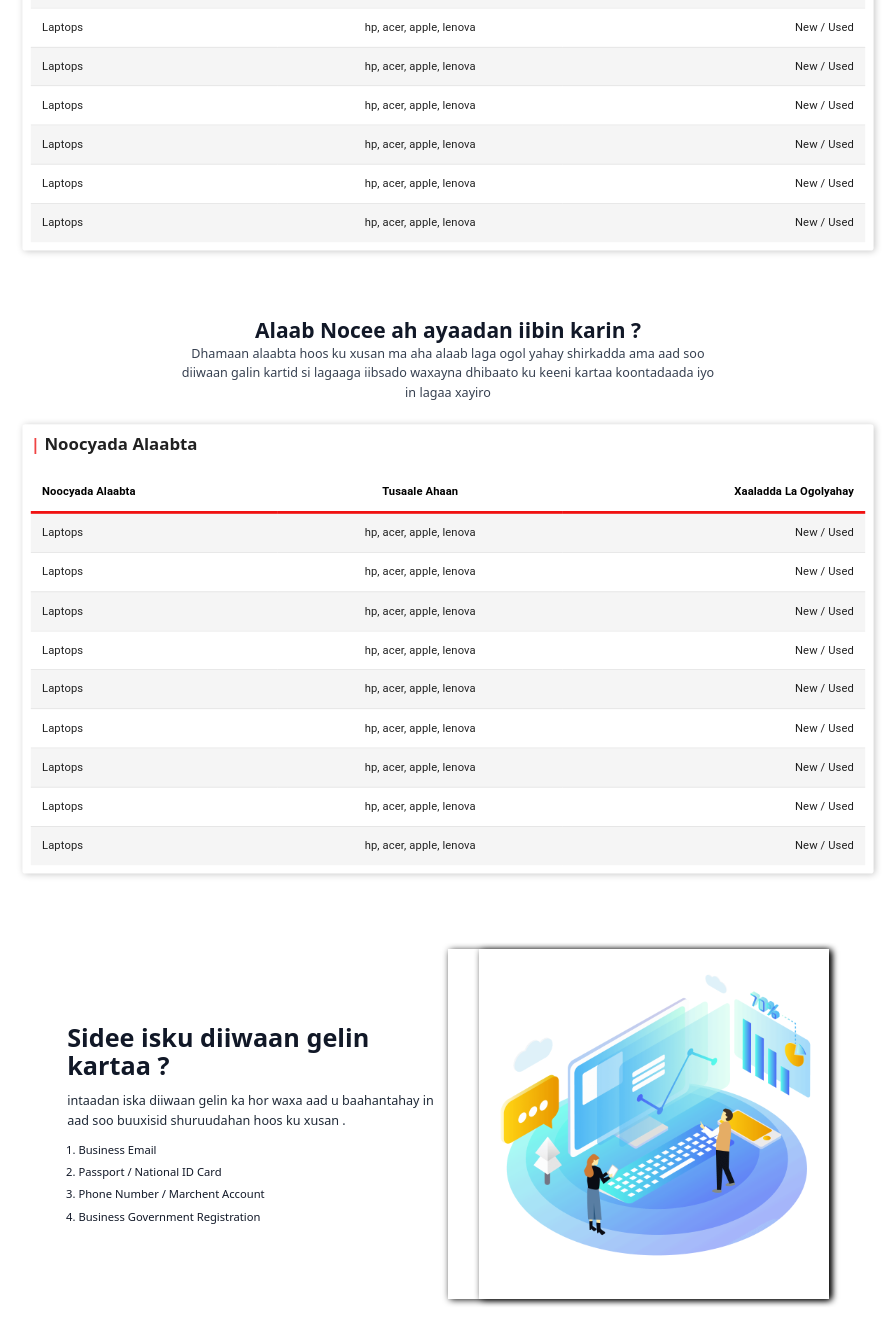
Repository: muraadso/Muraadso-Sellers
Page: /
These files come from the project's save history. The page is drawn as it stood at one moment and after the next save; the edit follows.
The browser window is 1280 px wide. The pictures show the part of the page from y = 2720 to 4640 px (the page is 4640 px tall), at 70% of full size.
The project was rebuilt for these pictures with package versions that can differ from the ones it lists, and the page was loaded fresh each time. The framework's server and built-in components were replaced by stand-ins that run in the browser. Also part of the build but not shown: next.config.js.

Above is the page before, as saved 2021-12-08 08:48:03.

### pages/_app.js
import '../styles/globals.css'
 import 'tailwindcss/tailwind.css'
import { Layout } from '../components/Layout'


function MyApp({ Component, pageProps }) {
  return (
    <Layout>
      <Component {...pageProps} />
    </Layout>
  )
}

export default MyApp

### pages/index.js
import Head from 'next/head'
import Image from 'next/image'
import Hero from '../components/Hero'
import About from '../components/About'
import Howtoreg from '../components/Howtoreg'
import Whatsell from '../components/Whatsell'
import styles from '../styles/Home.module.css'
import { How } from '../components/How'
import { style } from '@mui/system'


export default function Home() {
  return (
    <div className={styles.container}>
      <Head>
        <title>Muraadso Sellers</title>
        <meta name="description" content="Generated by create next app" />
        <link rel="icon" href="/favicon.ico" />
      </Head>
      <Hero />
      <About />
      <How />
      <Whatsell />
      <Howtoreg />
    </div>
  )
}

### styles/globals.css
@import url('https://fonts.googleapis.com/css2?family=Lato:ital,wght@0,300;0,400;0,700;0,900;1,700&family=Poppins:wght@200;300;400;500;600;700&display=swap');
html,
body {
  padding: 0;
  margin: 0;
}

a {
  color: inherit;
  text-decoration: none;
}

* {
  box-sizing: border-box;
}


.navbar {
  box-shadow: 2px 1px 7px rgba(0, 0, 0, 0.226);
  font-family: 'Poppins', sans-serif  ;
  font-weight: 500;

}
  .logo{
    font-family: 'Lato', sans-serif;
    font-weight: 700;
    color: rgb(233, 59, 59);
    font-size: 20px ;
  }
  .how-card{
    position: relative;
    box-shadow: 0 2px 10px rgba(0, 0, 0, 0.336) ;
  }
  .regimage{
    height: 500px;
    box-shadow: 3px 1px 10px black;
  }




@media screen and  (max-width: 768px){
  .nav{
    padding-top: 40px;
    display: flex;
    flex-direction: column;

  }

  .how-card{
  margin-bottom: 25px;
}

.tablle{
  margin-bottom: 90px;
}
.tablle2{

}
 TableContainer{
   background-color: red;
   display: hidden;
 }

}




@tailwind base;
@tailwind components;
@tailwind utilities

### components/Layout.js
import Navbar from "./Navbar"
import Footer from "./Footer"

export const Layout = ({children}) => {
    return (
        <div className="layout">
            <Navbar />
                {children}
            <Footer />



        </div>
    )
}

### components/Hero.jsx
const Hero = () => {
    return (
        <div className="md:grid-cols-2 md:grid md:mt-11 hero">
                <div className="md:px-16 md:py-36 py-11 herotxt">
                    <h6 className="px-2 font-medium text-gray-500">ku iibi muraadso</h6>
                    <h1 className="my-5 text-3xl font-bold text-gray-800 capitalize md:font-bold md:text-gray-800 md:capitalize lg:text-6xl">sidee ugu iibin krtaa <br /> alaabtaada <span  className="text-red-600 md:text-red-600">muraadso</span></h1>

                    <p className="text-gray-700 md:text-left">
                         Whether you’ve already got an established e-commerce business , a great idea for a new product, or you just have a passion for selling, here’s how to take that next step with Muraadso </p>
                </div>

                <div className="heroimg">
                    <img className="w-4/4 "  src="/images/heroimage.png" alt="heroimage" />
                </div>
        </div>
    )
}

export default Hero

### components/About.jsx

const About = () => {
    return (
        <div className="mt-32">
            <h1 className="text-3xl font-bold text-center">Ku Iibso Muraadso</h1>
            <div className="gap-0 md:px-16 md:grid-cols-2 md:grid about-content">
                <div className="mt-12 aboutimg">
                  <img src="/images/aboutimage.png" className="md:h-96" alt="about image" />
                </div>
                <div className="md:mt-20 mt-11 about-text">
                    <p className="text-xl text-justify">
                        Muraadso waa hogaanka suuqa casriga ee online waana suuq aad ku iibin kartid alaabtaada, ahaw ganacsade alaabta sameeya, mid soo dajiya, si fudud ayaad ugu iibin kartaa suuqa casriga muraadso, sidoo kale ka mid noqo ganacsiyada shabakada internet ku iibiya alaabaha adiga oon ku kharash badan galin, kana faa’idaysanaya khubarada team ka muraadso helayana tobabaro iyo caawimo sidaad ugu iibin lahayd muraadso dhexdeeda Ku dhex iibta muraadso waa wax fudud sidoo kalena kharash yari kaaga bixi karo ama wax kharash ahi kaa baxayn, kaliya waxa lagaaga bahanyay in aad is diwaan galisid, kuna gurtid alaabta aad haysid online shirkada sidaana aad ku bilawdid iibka alaabtaada....<span className="text-red-600">Read More</span>
                    </p>
                </div>


            </div>
        </div>
    )
}

export default About

### components/Howtoreg.jsx
import React from 'react'

const Howtoreg = () => {
  return (
    <div className="flex flex-col md:flex-row md:p-16 howtoreg">
      <div className="grid items-center justify-between md:grid-cols-2 registerdoc">
        <div className="space-y-4 regcontent">
          <h1 className="text-xl font-bold text-gray-900 md:text-4xl">Sidee isku diiwaan gelin kartaa ?</h1>
          <p className="text-lg text-gray-800 ">intaadan iska diiwaan gelin ka hor waxa aad u baahantahay in aad
            soo buuxisid shuruudahan hoos ku xusan .</p>
            <ol className="ml-4 space-y-2 font-medium text-gray-900 list-decimal">
              <li>Business Email</li>
              <li>Passport / National ID Card</li>
              <li>Phone Number / Marchent Account </li>
              <li>Business Government Registration</li>
            </ol>
        </div>
        <div className="flex items-center justify-end regimage">
          <img className="regimage" src="/images/registrationn.png" alt="" />
        </div>

      </div>


    </div>
  )
}

export default Howtoreg

### components/Whatsell.jsx
import * as React from 'react';
import { styled } from '@mui/material/styles';
import Table from '@mui/material/Table';
import TableBody from '@mui/material/TableBody';
import TableCell, { tableCellClasses } from '@mui/material/TableCell';
import TableContainer from '@mui/material/TableContainer';
import TableHead from '@mui/material/TableHead';
import TableRow from '@mui/material/TableRow';
import Paper from '@mui/material/Paper';

const StyledTableCell = styled(TableCell)(({ theme }) => ({

  [`&.${tableCellClasses.head}`]: {
    backgroundColor: theme.palette.common.white,
    color: theme.palette.common.black,
    borderBottom: '4px solid rgb(240, 17, 17)' ,
    fontSize: '16px',
    fontWeight: '600',

  },
  [`&.${tableCellClasses.body}`]: {
    fontSize: 16,
  },
}));

const StyledTableRow = styled(TableRow)(({ theme }) => ({
  '&:nth-of-type(odd)': {
    backgroundColor: theme.palette.action.hover,


  },
  // hide last border
  '&:last-child td, &:last-child th': {
    border: 0,
  },
}));





function createData(noocaAlaabta, tusaale, xaaladda) {
  return { noocaAlaabta, tusaale, xaaladda };
}

const rows = [
  createData('Laptops', 'hp, acer, apple, lenova ', 'New / Used'),
  createData('Laptops', 'hp, acer, apple, lenova ', 'New / Used'),
  createData('Laptops', 'hp, acer, apple, lenova ', 'New / Used'),
  createData('Laptops', 'hp, acer, apple, lenova ', 'New / Used'),
  createData('Laptops', 'hp, acer, apple, lenova ', 'New / Used'),
  createData('Laptops', 'hp, acer, apple, lenova ', 'New / Used'),
  createData('Laptops', 'hp, acer, apple, lenova ', 'New / Used'),
  createData('Laptops', 'hp, acer, apple, lenova ', 'New / Used'),
  createData('Laptops', 'hp, acer, apple, lenova ', 'New / Used'),

];

export default function Whatsell() {
  return (
      <>
    <div className="flex flex-col items-center md:justify-center tablle ">
                <h1 className="text-xl font-bold text-center text-gray-900 md:text-3xl">Alaab Nocee ah ayaad iibin kartaa ?</h1>
                <p className="max-w-3xl mb-8 text-sm text-center text-gray-700 md:text-lg">Waxay ku xirantahy alaabta noceeda, xaaladda alaabta, Category-ga, iyo Brand-ka .
                table-ka hoos ku xusan waxa uu kutusayaa Categoriyada shirkaddu ay ogoshahay iibintooda
                iyo kuwa aysan ogolayn xaaladaha lagu iibinkaro </p>

            <TableContainer className="mw-screen-lg TableContainer" component={Paper} sx={{ padding: "12px", maxWidth: 1500, boxShadow: '2px 1px 11px rgba(0, 0, 0, 0.226)' }}>
        <h1 className="mb-6 text-2xl font-bold "> <span className="font-black text-red-500 ">|</span> Noocyada Alaabta</h1>
      <Table sx={{ minWidth: 700 }} aria-label="customized table">
        <TableHead>
          <TableRow>
            <StyledTableCell>Noocyada Alaabta</StyledTableCell>
            <StyledTableCell align="center"> Tusaale Ahaan</StyledTableCell>
            <StyledTableCell align="right">Xaaladda La Ogolyahay</StyledTableCell>
          </TableRow>
        </TableHead>
        <TableBody>
          {rows.map((row) => (
            <StyledTableRow key={row.noocaAlaabta} sx={{backgroundColor: 'white'}}>
              <StyledTableCell component="th" scope="row">
                {row.noocaAlaabta}
              </StyledTableCell>
              <StyledTableCell   align="center">{row.tusaale}</StyledTableCell>
              <StyledTableCell align="right">{row.xaaladda}</StyledTableCell>
            </StyledTableRow>
          ))}
        </TableBody>
      </Table>
    </TableContainer>

    </div>

    <div className="flex flex-col items-center justify-center mt-24 tablle2 mb-11">
            <h1 className="text-xl font-bold text-center text-gray-900 md:text-3xl">Alaab Nocee ah ayaadan iibin karin ?</h1>
            <p className="max-w-3xl mb-8 text-sm text-center text-gray-700 md:text-lg">Dhamaan alaabta hoos ku xusan ma aha alaab laga ogol yahay shirkadda
                ama aad soo diiwaan galin kartid si lagaaga iibsado waxayna dhibaato
                ku keeni kartaa koontadaada iyo in lagaa xayiro</p>

            <TableContainer className="" component={Paper} sx={{ padding: "12px", maxWidth: 1400, boxShadow: '2px 1px 11px rgba(0, 0, 0, 0.226)' }}>
                        <h1 className="mb-6 text-2xl font-bold"> <span className="font-black text-red-500 ">|</span> Noocyada Alaabta</h1>
      <Table sx={{ minWidth: 700 }} aria-label="customized table">
        <TableHead className="" >
          <TableRow className="">
            <StyledTableCell>Noocyada Alaabta</StyledTableCell>
            <StyledTableCell align="center"> Tusaale Ahaan</StyledTableCell>
            <StyledTableCell align="right">Xaaladda La Ogolyahay</StyledTableCell>
          </TableRow>
        </TableHead>
        <TableBody>
          {rows.map((row) => (
            <StyledTableRow key={row.noocaAlaabta} sx={{backgroundColor: 'white'}}>
              <StyledTableCell  component="th" scope="row">
                {row.noocaAlaabta}
              </StyledTableCell>
              <StyledTableCell   align="center">{row.tusaale}</StyledTableCell>
              <StyledTableCell align="right">{row.xaaladda}</StyledTableCell>
            </StyledTableRow>
          ))}
        </TableBody>
      </Table>
    </TableContainer>

    </div>

     </>
  );
}

### components/How.jsx
export const How = () => {
    return (
        <div className="flex flex-col items-center justify-center mt-32 mb-24 how md:gap-y-4 gap-y-11">
            <div className="howheader">
            <h2 className="text-4xl font-bold text-center">Sidee u shaqaysaa</h2>
            <p className="mt-2 text-lg text-center text-gray-600">habka uu ushaqeeyo adeegan waa sidatan hoos ku xusan</p>
            </div>
            <div className="h-full md:p-16 md:gap-4 gap-72 md:grid-cols-4 md:grid howsteps">

                <div className="relative max-h-full p-6 bg-white border-4 border-red-400 rounded how-card ">
                    <div className="flex items-center justify-center my-4 card-icon ">
                        <img  src="./icons/register.png" alt="register" />

                    </div>
                    <div className="mb-4 text-xl text-center text-gray-800 cardbody">
                        Macmiil iska diiwaan geli adeega, 24h kadib waxad helaysa fariin ah in lagu aqbalay
                    </div>
                    <div className="absolute flex items-center justify-center w-10 h-10 font-bold text-red-500 bg-white border-2 border-red-500 rounded-full md:left-36 -bottom-5 md:left-40 left-36 place-content-center card-number"> <h2>1</h2></div>
                </div>


                <div className="relative max-h-full p-6 bg-white border-4 border-red-400 rounded how-card ">
                    <div className="flex items-center justify-center my-4 card-icon ">
                        <img className="h-24"  src="./icons/features.png" alt="register" />
                    </div>
                    <div className="mb-4 text-xl text-center text-gray-800 cardbody">
                        Macmiil iska diiwaan geli adeega, 24h kadib waxad helaysa fariin ah in lagu aqbalay
                    </div>
                    <div className="absolute flex items-center justify-center w-10 h-10 font-bold text-red-500 bg-white border-2 border-red-500 rounded-full md:left-36 -bottom-5 md:left-40 left-36 place-content-center card-number"> <h2>2</h2></div>
                </div>




                <div className="relative max-h-full p-6 bg-white border-4 border-red-400 rounded how-card ">
                    <div className="flex items-center justify-center my-4 card-icon ">
                        <img className="h-24"  src="./icons/verified.png" alt="register" />

                    </div>
                    <div className="mb-4 text-xl text-center text-gray-800 cardbody">
                        Macmiil iska diiwaan geli adeega, 24h kadib waxad helaysa fariin ah in lagu aqbalay
                    </div>
                    <div className="absolute flex items-center justify-center w-10 h-10 font-bold text-red-500 bg-white border-2 border-red-500 rounded-full md:left-36 -bottom-5 md:left-40 left-36 place-content-center card-number"> <h2>3</h2></div>
                </div>


                <div className="relative max-h-full p-6 bg-white border-4 border-red-400 rounded how-card ">
                    <div className="flex items-center justify-center my-4 card-icon ">
                        <img className="h-24"  src="./icons/givemoney.png" alt="register" />

                    </div>
                    <div className="mb-4 text-xl text-center text-gray-800 cardbody">
                        Macmiil iska diiwaan geli adeega, 24h kadib waxad helaysa fariin ah in lagu aqbalay
                    </div>
                    <div className="absolute flex items-center justify-center w-10 h-10 font-bold text-red-500 bg-white border-2 border-red-500 rounded-full md:left-36 -bottom-5 md:left-40 left-36 place-content-center card-number"> <h2>4</h2></div>
                </div>

            </div>
            <p className="text-center text-gray-800">Wixii faahfaahin ah waxaad kala xiriiri kartaa lambaradan hoos kuugu xusan</p>
            <a className="font-medium text-red-600" href="#">+252 63 3333471</a>

        </div>
    )
}

### components/Navbar.jsx
import React, { useState } from "react";
import { HiOutlineMenuAlt2, HiOutlineMenuAlt3 } from "react-icons/hi";



export default function Navbar() {
  const [showNav, setShowNav] = useState(false);

  return (
    <nav className="sticky top-0 z-20 items-center justify-between bg-white px-14 md:px-24 md:py-3 navbar md:flex">
      <div className="flex items-center justify-between">
        <a href="#">
          <h2>Muraadso</h2>
        </a>


        {showNav ? (
          <HiOutlineMenuAlt3
            onClick={() => setShowNav(!showNav)}
            className="block w-10 h-10 p-2 cursor-pointer md:hidden" />

        ) : (
          <HiOutlineMenuAlt2
            onClick={() => setShowNav(!showNav)}
            className="block w-10 h-10 p-2 cursor-pointer md:hidden"
          />
        )}
      </div>

      <ul
        className={
          (showNav ? "left-0" : "-left-full") +
          " md:static fixed bottom-0 md:ml-24 top-14 md:flex md:space-x-6 items-center md:bg-transparent bg-gray-700 rounded md:rounded-none md:bg-white bg-opacity-90 md:w-auto w-10/12 md:text-gray-800 text-white  md:space-y-0 space-y-5 p-2 transition-left nav"
        }
      >
        <a href="#"> Home</a>
        <a href="#"> About</a>
        <a href="#"> Doc</a>
        <a href="#"> Contact Us</a>
      <a className="px-4 py-2 text-white bg-red-600 rounded" href="">Signup</a>
      </ul>
    </nav>
  );
}

























// const Navbar = () => {
//     return (
//         <div>
//      <div className="sticky top-0 z-20 items-center justify-between bg-white md:flex navbar">
//          <a className="logo" href="#">Muraadso</a>
//          <nav className="fixed bottom-0 items-center w-10/12 p-2 space-y-5 text-white bg-gray-500 md:static top-12 md:flex md:space-x-7 md:bg-transparent bg-opacity-90 md:w-auto md:text-gray-500 md:space-y-0 transition-left nav">
//              <a className="hover:text-red-600" href="">Home</a>
//              <a className="hover:text-red-600" href="">About</a>
//              <a className="hover:text-red-600" href="">Doc</a>
//              <a className="hover:text-red-600" href="">Contact Us</a>
//          </nav>
//          <a href="#" className="px-4 py-2 text-white bg-red-600 rounded hover:bg-red-700 signup ">Signup</a>
//      </div>

//         </div>
//     )
// }

// export default Navbar

### components/Footer.jsx
const Footer = () => {
    return (
        <div>
        </div>
    )
}

export default Footer

### tailwind.config.js
module.exports = {
   purge: ['./pages/**/*.{js,ts,jsx,tsx}', './components/**/*.{js,ts,jsx,tsx}'],
  darkMode: false, // or 'media' or 'class'
  theme: {
    extend: {
      transitionProperty: {
         'left': 'left',
        }
    },

  },
  variants: {
    extend: {},
  },
  plugins: [],
}

Loaded but not shown: styles/Home.module.css (common file)

After the next save:
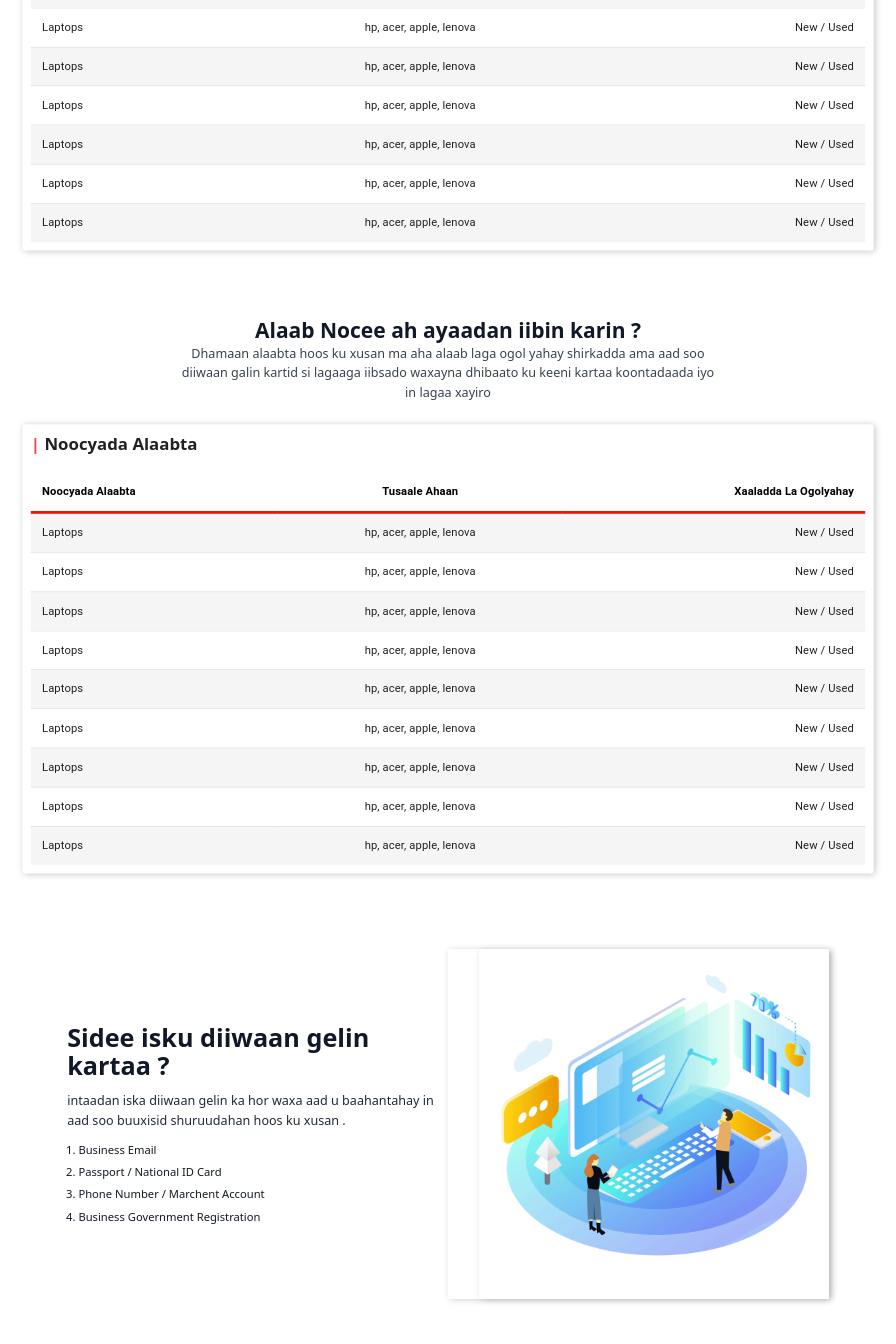
Saved 4 s later.
--- a/styles/globals.css
+++ b/styles/globals.css
@@ -33,7 +33,7 @@ a {
   }
   .regimage{
     height: 500px;
-    box-shadow: 3px 1px 10px black;
+    box-shadow: 3px 1px 10px rgba(0, 0, 0, 0.199);
   }
 
 
